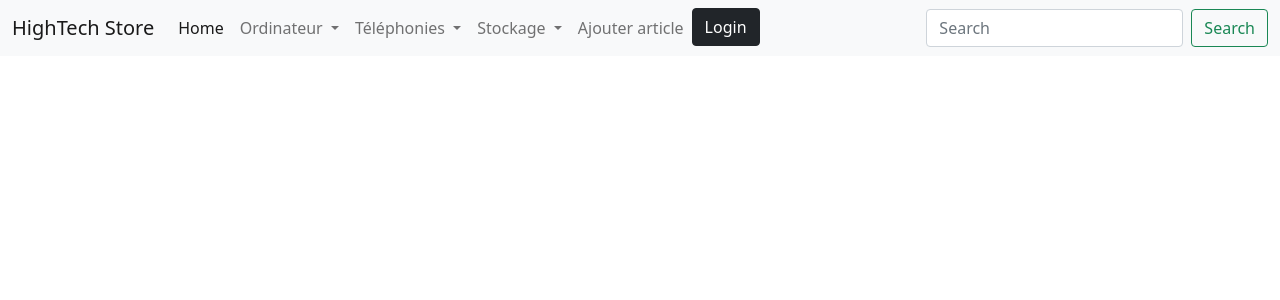
Repository: HaPhuong-krys/M1-angular
Page: /PcPortable
An editor plug-in stored every save of this project. The page is shown before and after the next save, followed by the edit.
The browser window is 1280 px wide. The pictures show the whole page.
The page's requests for data from a server got no answer. The project was rebuilt for these pictures with package versions that can differ from the ones it lists, and the page was loaded fresh each time. No one was signed in, and anything a server would have sent is missing. Also part of the build but not shown: angular.json, src/app/connexion/connexion.component.ts, src/app/connexion/auth.service.ts, src/app/home/home.component.ts, src/app/pc-bureau/pc-bureau.component.ts, src/app/ajouter-article-form/ajouter-article-form.component.ts, src/app/Model/Articles.ts, src/app/accessoire-ordi/accessoire-ordi.component.ts and 11 more.

Above is the page before, as saved 2023-04-22 23:58:35.

### src/index.html
<!doctype html>
<html lang="en">
<head>
  <meta charset="utf-8">
  <title>HighTechStore</title>
  <base href="/">
  <meta name="viewport" content="width=device-width, initial-scale=1">
  <link rel="icon" type="image/x-icon" href="favicon.ico">
  <!-- Boostrap css -->
  <link href="https://cdn.jsdelivr.net/npm/bootstrap@5.0.2/dist/css/bootstrap.min.css"
  rel="stylesheet" integrity="sha384-EVSTQN3/azprG1Anm3QDgpJLIm9Nao0Yz1ztcQTwFspd3yD65VohhpuuCOmLASjC" crossorigin="anonymous">
</head>
<body>
  <app-root></app-root>
   <!-- Boostrap -->
  <script src="https://cdn.jsdelivr.net/npm/@popperjs/core@2.9.2/dist/umd/popper.min.js"
  integrity="sha384-IQsoLXl5PILFhosVNubq5LC7Qb9DXgDA9i+tQ8Zj3iwWAwPtgFTxbJ8NT4GN1R8p" crossorigin="anonymous"></script>
  <script src="https://cdn.jsdelivr.net/npm/bootstrap@5.0.2/dist/js/bootstrap.min.js"
  integrity="sha384-cVKIPhGWiC2Al4u+LWgxfKTRIcfu0JTxR+EQDz/bgldoEyl4H0zUF0QKbrJ0EcQF" crossorigin="anonymous"></script>
</body>
</html>

### src/app/app.module.ts
import { NgModule } from '@angular/core';
import { BrowserModule } from '@angular/platform-browser';

import { AppRoutingModule } from './app-routing.module';
import { AppComponent } from './app.component';
import { NavbarComponent } from './navbar/navbar.component';
import { HomeComponent } from './home/home.component';
import { PcPortableComponent } from './pc-portable/pc-portable.component';
import { PcBureauComponent } from './pc-bureau/pc-bureau.component';
import { ConnexionComponent } from './connexion/connexion.component';
import { PhonesModule } from './modules/phones/phones.module';
import { StockageModule } from './modules/stockage/stockage.module';
import { AjouterArticleFormComponent } from './ajouter-article-form/ajouter-article-form.component';
import {HttpClientModule} from '@angular/common/http';
import { PcPortableServiceService } from './pc-portable-service.service';
import { FormCreationArticleService } from './form-creation-article.service';
import { FooterComponent } from './footer/footer.component';
import { FormsModule } from '@angular/forms';
import { HomeService } from './home.service';
import { PcBureauServiceService } from './pc-bureau-service.service';
import { AccesOrdiServiceService } from './acces-ordi-service.service';
import { AccessoireOrdiComponent } from './accessoire-ordi/accessoire-ordi.component';
import { SmartPhoneComponent } from './smart-phone/smart-phone.component';
import { SmartPhoneServiceService } from './smart-phone-service.service';
import { TelephoneFixComponent } from './telephone-fix/telephone-fix.component';
import { TelephoneFixServiceService } from './telephone-fix-service.service';
import { AccessoireTelfixComponent } from './accessoire-telfix/accessoire-telfix.component';
import { AccesTelfixServiceService } from './acces-telfix-service.service';
import { DisqueDurComponent } from './disque-dur/disque-dur.component';
import { UsbComponent } from './usb/usb.component';
import { AccessoireStockageComponent } from './accessoire-stockage/accessoire-stockage.component';
import { DisqueDurServiceService } from './disque-dur-service.service';
import { UsersComponent } from './users/users.component';
import { DeconnexionComponent } from './deconnexion/deconnexion.component';

@NgModule({
  declarations: [
    AppComponent,
    NavbarComponent,
    HomeComponent,
    PcPortableComponent,
    PcBureauComponent,
    ConnexionComponent,
    AjouterArticleFormComponent,
    FooterComponent,
    AccessoireOrdiComponent,
    SmartPhoneComponent,
    TelephoneFixComponent,
    AccessoireTelfixComponent,
    DisqueDurComponent,
    UsbComponent,
    AccessoireStockageComponent,
    UsersComponent,
    DeconnexionComponent,


  ],
  imports: [
    BrowserModule,
    AppRoutingModule,
    PhonesModule,
    StockageModule,
    HttpClientModule,
    FormsModule
  ],
  providers: [
    PcPortableServiceService,
    FormCreationArticleService,
    HomeService,
    PcBureauServiceService,
    AccesOrdiServiceService,
    SmartPhoneServiceService,
    TelephoneFixServiceService,
    AccesTelfixServiceService,
    DisqueDurServiceService
  ],
  bootstrap: [AppComponent]
})
export class AppModule { }

### src/app/app-routing.module.ts
import { NgModule } from '@angular/core';
import { RouterModule, Routes } from '@angular/router';
import { ConnexionComponent } from './connexion/connexion.component';
import { HomeComponent } from './home/home.component';
import { PcBureauComponent } from './pc-bureau/pc-bureau.component';
import { PcPortableComponent } from './pc-portable/pc-portable.component';
import { AjouterArticleFormComponent } from './ajouter-article-form/ajouter-article-form.component';
import { AccessoireOrdiComponent } from './accessoire-ordi/accessoire-ordi.component';
import { SmartPhoneComponent } from './smart-phone/smart-phone.component';
import { TelephoneFixComponent } from './telephone-fix/telephone-fix.component';
import { AccessoireTelfixComponent } from './accessoire-telfix/accessoire-telfix.component';
import { DisqueDurComponent } from './disque-dur/disque-dur.component';
import { UsbComponent } from './usb/usb.component';
import { AccessoireStockageComponent } from './accessoire-stockage/accessoire-stockage.component';

const routes: Routes = [
  { path:'home', component:HomeComponent},
  { path: 'PcPortable', component: PcPortableComponent},
  { path: 'PcBureau', component: PcBureauComponent},
  { path: 'Connexion', component: ConnexionComponent},
  { path: 'AjouterAticleForm', component: AjouterArticleFormComponent},
  { path: 'AccessoireOrdi', component: AccessoireOrdiComponent},
  { path: 'SmartPhone', component: SmartPhoneComponent},
  { path: 'telephoneFix', component: TelephoneFixComponent},
  { path: 'AccessoireTelFix', component: AccessoireTelfixComponent},
  { path: 'DisqueDur', component: DisqueDurComponent},
  { path: 'USB', component: UsbComponent},
  { path: 'AccessoireStock', component : AccessoireStockageComponent}
];

@NgModule({
  imports: [RouterModule.forRoot(routes)],
  exports: [RouterModule]
})
export class AppRoutingModule { }

### src/app/app.component.ts
import { Component } from '@angular/core';

@Component({
  selector: 'app-root',
  templateUrl: './app.component.html',
  styleUrls: ['./app.component.css']
})
export class AppComponent {
  title = 'HighTechStore';
}

### src/app/pc-portable/pc-portable.component.ts
import { Component } from '@angular/core';
import { PcPortableServiceService } from '../pc-portable-service.service';
import { Articles } from '../Model/Articles';

@Component({
  selector: 'app-pc-portable',
  templateUrl: './pc-portable.component.html',
  styleUrls: ['./pc-portable.component.css']
})
export class PcPortableComponent {

  article: Array<Articles> = [];

  constructor(private portableService : PcPortableServiceService){

  }

  ngOnInit(): void {
    this.getArticlePCportable();
  }

  getArticlePCportable() {
    this.portableService.getArticlePcPortable().subscribe(res => {
      this.article = res;
      console.log(this.article);
    });
  }
}

### src/app/modules/phones/phones.module.ts
import { NgModule } from '@angular/core';
import { CommonModule } from '@angular/common';

import { PhonesRoutingModule } from './phones-routing.module';


@NgModule({
  declarations: [],
  imports: [
    CommonModule,
    PhonesRoutingModule
  ]
})
export class PhonesModule { }

### src/app/modules/stockage/stockage.module.ts
import { NgModule } from '@angular/core';
import { CommonModule } from '@angular/common';

import { StockageRoutingModule } from './stockage-routing.module';


@NgModule({
  declarations: [],
  imports: [
    CommonModule,
    StockageRoutingModule
  ]
})
export class StockageModule { }

### src/app/pc-portable-service.service.ts
import { Injectable } from '@angular/core';
import  { HttpClient, HttpClientModule } from  '@angular/common/http';
import { Observable } from 'rxjs';
import { Articles } from './Model/Articles';


@Injectable({
  providedIn: 'root'
})
export class PcPortableServiceService {
  url_portable = 'http://localhost:8080/Projet-REST-V1/articles/list/PC_Portable';

  constructor(private http:HttpClient) { }

  getArticlePcPortable():Observable<Array<Articles>>{
    return this.http.get<Array<Articles>>(this.url_portable);
  }
}

### src/app/form-creation-article.service.ts
import { Injectable } from '@angular/core';
import  { HttpClient, HttpClientModule, HttpHeaders } from  '@angular/common/http';
import { Observable } from 'rxjs';
import { Categories } from './Model/Categories';
import { Articles } from './Model/Articles';


@Injectable({
  providedIn: 'root'
})
export class FormCreationArticleService {

  url = 'http://localhost:8080/Projet-REST-V1/categories/list';

  addUrl = 'http://localhost:8080/Projet-REST-V1/articles';

  articleData: any = {};

  constructor(private http:HttpClient) { }

  getAllCategories():Observable<Array<Categories>>{
    return this.http.get<Array<Categories>>(this.url);
  }

  httpOptions = {
    headers: new HttpHeaders({ 'Content-Type': 'application/json' })
  };

  addArticle(article: Articles): Observable<Articles> {
    const url = `${this.addUrl}/add`;
    return this.http.post<Articles>(url, article, this.httpOptions);
    //return this.http.post<Articles[]>(`${this.addUrl}/add`, article);
  }

}

### src/app/home.service.ts
import { Injectable } from '@angular/core';
import  { HttpClient, HttpClientModule, HttpHeaders } from  '@angular/common/http';
import { Observable } from 'rxjs';
import { Categories } from './Model/Categories';
import { Articles } from './Model/Articles';

@Injectable({
  providedIn: 'root'
})
export class HomeService {
  url = 'http://localhost:8080/Projet-REST-V1/articles/list';
  articleData: any = {};

  constructor(private http:HttpClient) { }

  getAllArticle():Observable<Array<Articles>>{
    return this.http.get<Array<Articles>>(this.url);
  }
}

### src/app/pc-bureau-service.service.ts
import { HttpClient } from '@angular/common/http';
import { Injectable } from '@angular/core';
import { Observable } from 'rxjs';
import { Articles } from './Model/Articles';

@Injectable({
  providedIn: 'root'
})
export class PcBureauServiceService {

  url_bureau = 'http://localhost:8080/Projet-REST-V1/articles/list/PC_Bureau';

  constructor(private http:HttpClient) { }

  getArticlePcBureau():Observable<Array<Articles>>{
    return this.http.get<Array<Articles>>(this.url_bureau);
  }
}

### src/app/acces-ordi-service.service.ts
import { HttpClient } from '@angular/common/http';
import { Injectable } from '@angular/core';
import { Observable } from 'rxjs';
import { Articles } from './Model/Articles';

@Injectable({
  providedIn: 'root'
})
export class AccesOrdiServiceService {

  access_ordi = 'http://localhost:8080/Projet-REST-V1/articles/list/accessoire_ordi';
  constructor(private http:HttpClient) { }

  getArticleAccesoireOrdi(): Observable<Array<Articles>>{
    return this.http.get<Array<Articles>>(this.access_ordi);
  }
}

### src/app/smart-phone-service.service.ts
import { HttpClient } from '@angular/common/http';
import { Injectable } from '@angular/core';
import { Observable } from 'rxjs';
import { Articles } from './Model/Articles';

@Injectable({
  providedIn: 'root'
})
export class SmartPhoneServiceService {

  url_smartphone = 'http://localhost:8080/Projet-REST-V1/articles/list/smartphone';


  constructor(private http: HttpClient) { }

  getArticleSmartphone():Observable<Array<Articles>>{
    return this.http.get<Array<Articles>>(this.url_smartphone);
  }
}

### src/app/telephone-fix-service.service.ts
import { HttpClient } from '@angular/common/http';
import { Injectable } from '@angular/core';
import { Articles } from './Model/Articles';

@Injectable({
  providedIn: 'root'
})
export class TelephoneFixServiceService {
  url_telFix = 'http://localhost:8080/Projet-REST-V1/articles/list/telephoneFix';

  constructor(private http: HttpClient) { }

  getArticleTelephoneFix(){
    return this.http.get<Array<Articles>>(this.url_telFix);
  }
}

### src/app/acces-telfix-service.service.ts
import { HttpClient } from '@angular/common/http';
import { Injectable } from '@angular/core';
import { Articles } from './Model/Articles';

@Injectable({
  providedIn: 'root'
})
export class AccesTelfixServiceService {

  url_accesstel= 'http://localhost:8080/Projet-REST-V1/articles/list/accessoire_tel';

  constructor(private http:HttpClient) { }

  getArticleAccessoireTelFix(){
    return this.http.get<Array<Articles>>(this.url_accesstel);
  }

}

### src/app/disque-dur-service.service.ts
import { HttpClient } from '@angular/common/http';
import { Injectable } from '@angular/core';
import { Articles } from './Model/Articles';

@Injectable({
  providedIn: 'root'
})
export class DisqueDurServiceService {

  url_disque = 'http://localhost:8080/Projet-REST-V1/articles/list/Disque_dur';

  constructor(private http:HttpClient) { }

  getArticleDisqurDur(){
    return this.http.get<Array<Articles>>(this.url_disque);
  }

}

### src/app/navbar/navbar.component.html

<nav class="navbar navbar-expand-lg navbar-light bg-light">
    <div class="container-fluid">
      <a class="navbar-brand" href="#">HighTech Store</a>
      <button class="navbar-toggler" type="button" data-bs-toggle="collapse" data-bs-target="#navbarSupportedContent" aria-controls="navbarSupportedContent" aria-expanded="false" aria-label="Toggle navigation">
        <span class="navbar-toggler-icon"></span>
      </button>
      <div class="collapse navbar-collapse" id="navbarSupportedContent">
        <ul class="navbar-nav me-auto mb-2 mb-lg-0">
          <li class="nav-item">
            <a class="nav-link active" aria-current="page" href="/home">Home</a>
          </li>
          <li class="nav-item dropdown">
            <a class="nav-link dropdown-toggle" href="#" id="navbarDropdown" role="button" data-bs-toggle="dropdown" aria-expanded="false">
              Ordinateur
            </a>
            <ul class="dropdown-menu" aria-labelledby="navbarDropdown">
              <li><a class="dropdown-item" routerLink="/PcPortable">Pc Portable</a></li>
              <li><a class="dropdown-item" routerLink="/PcBureau">Pc Bureau</a></li>
              <li><hr class="dropdown-divider"></li>
              <li><a class="dropdown-item" href="/AccessoireOrdi">Accessoire</a></li>
            </ul>
          </li>
          <li class="nav-item dropdown">
            <a class="nav-link dropdown-toggle" href="#" id="navbarDropdown" role="button" data-bs-toggle="dropdown" aria-expanded="false">
              Téléphonies
            </a>
            <ul class="dropdown-menu" aria-labelledby="navbarDropdown">
              <li><a class="dropdown-item" routerLink="/SmartPhone">Smart Phone</a></li>
              <li><a class="dropdown-item" routerLink="/telephoneFix">Téléphone Fixe</a></li>
              <li><hr class="dropdown-divider"></li>
              <li><a class="dropdown-item" href="/AccessoireTelFix">Accessoire</a></li>
            </ul>
          </li>

          <li class="nav-item dropdown">
            <a class="nav-link dropdown-toggle" href="#" id="navbarDropdown" role="button" data-bs-toggle="dropdown" aria-expanded="false">
              Stockage
            </a>
            <ul class="dropdown-menu" aria-labelledby="navbarDropdown">
              <li><a class="dropdown-item" routerLink="/DisqueDur">Disque Dur</a></li>
              <li><a class="dropdown-item" routerLink="/USB">Clé USB</a></li>
              <li><hr class="dropdown-divider"></li>
              <li><a class="dropdown-item" href="/AccessoireStock">Accessoire</a></li>
            </ul>
          </li>

          <li class="nav-item">
            <a class="nav-link" href="/AjouterAticleForm">Ajouter article</a>
          </li>

          <li class="nav-item">
            <a href="/Connexion" class="btn btn-dark" role="button">Login</a>
          </li>
        </ul>
        <form class="d-flex">
          <input class="form-control me-2" type="search" placeholder="Search" aria-label="Search">
          <button class="btn btn-outline-success" type="submit">Search</button>
        </form>
      </div>
    </div>
  </nav>

### src/app/pc-portable/pc-portable.component.html
<div class="row">
    <div class="col-sm-4" *ngFor="let article of article">
      <div class="card" style="width: 22rem;">
        <img src="../../assets/image/Pc_Portable/pcp1.jpg" class="card-img-top" alt="...">
        <div class="card-body">
        <h5 class="card-title">{{article.libelle}}</h5>
        <p class="card-text">Description : {{article.description}}</p>
      </div>
    <ul class="list-group list-group-flush">
      <li class="list-group-item">Categorie : {{ article.categorie}}</li>
      <li class="list-group-item">Prix {{ article.prix}}</li>
    </ul>
    <div class="row">
      <div class="col-sm-6">
        <a href="#" class="btn btn-primary">Details</a>
      </div>
      <div class="col-sm-6">
        <a href="#" class="btn btn-primary">Ajouter</a>
      </div>
    </div>
  </div>

### src/app/modules/phones/phones-routing.module.ts
import { NgModule } from '@angular/core';
import { RouterModule, Routes } from '@angular/router';

const routes: Routes = [];

@NgModule({
  imports: [RouterModule.forChild(routes)],
  exports: [RouterModule]
})
export class PhonesRoutingModule { }

### src/app/modules/stockage/stockage-routing.module.ts
import { NgModule } from '@angular/core';
import { RouterModule, Routes } from '@angular/router';

const routes: Routes = [];

@NgModule({
  imports: [RouterModule.forChild(routes)],
  exports: [RouterModule]
})
export class StockageRoutingModule { }

Loaded but not shown: src/styles.css (common file); src/main.ts (common file); src/app/navbar/navbar.component.ts (common file); src/app/app.component.html (common file); src/app/app.component.css (no stored copy; drawn as an empty file); src/app/navbar/navbar.component.css (no stored copy; drawn as an empty file); src/app/pc-portable/pc-portable.component.css (no stored copy; drawn as an empty file)

After the next save:
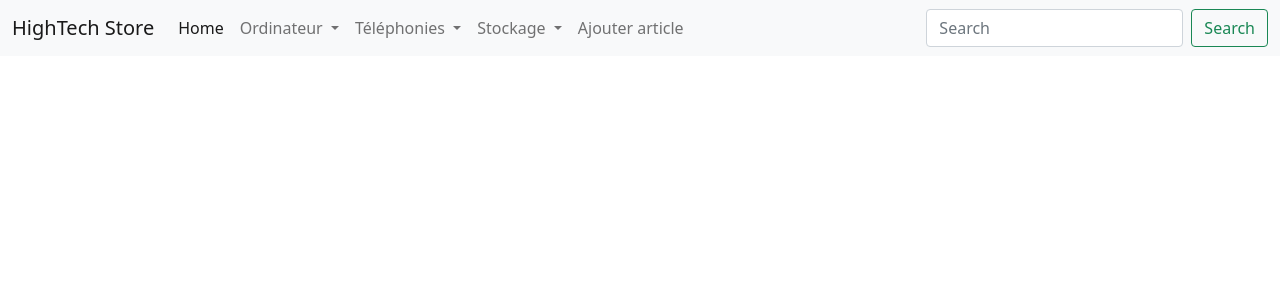
Saved 2 min 36 s later.
--- a/src/app/navbar/navbar.component.html
+++ b/src/app/navbar/navbar.component.html
@@ -49,9 +49,7 @@
             <a class="nav-link" href="/AjouterAticleForm">Ajouter article</a>
           </li>
 
-          <li class="nav-item">
-            <a href="/Connexion" class="btn btn-dark" role="button">Login</a>
-          </li>
+
         </ul>
         <form class="d-flex">
           <input class="form-control me-2" type="search" placeholder="Search" aria-label="Search">
